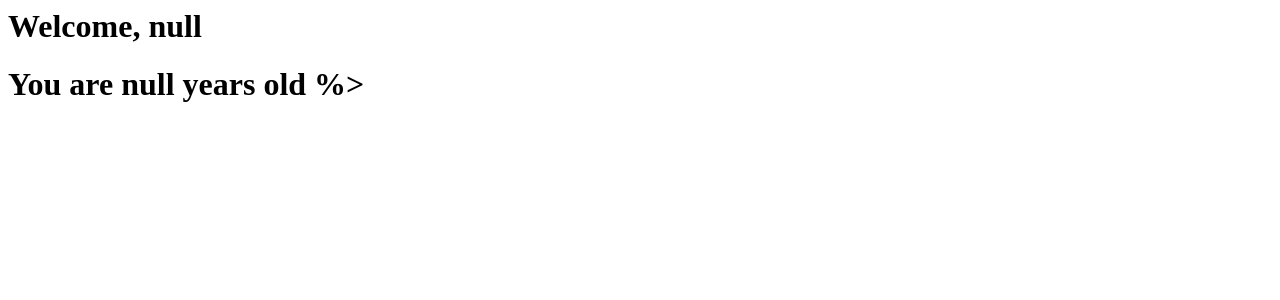
Repository: 1909-blake-william/demos
Page: http://localhost/FrontControllerExample/home.jsp
An editor plug-in stored every save of this project. The page is shown before and after the next save, followed by the edit.
The browser window is 1280 px wide. The pictures show the whole page.
The page is served by Tomcat 9.

Above is the page before, as saved 2019-11-12 20:30:03.

After the next save:
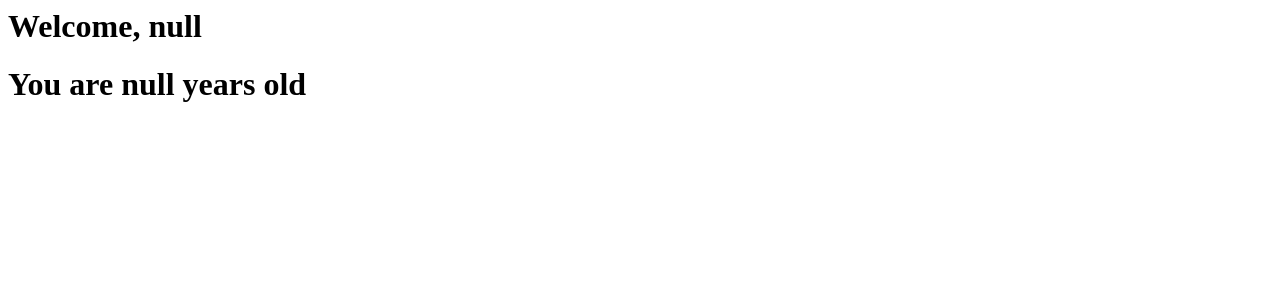
Saved 11 s later.
--- a/FrontControllerExample/src/main/webapp/home.jsp
+++ b/FrontControllerExample/src/main/webapp/home.jsp
@@ -4,7 +4,7 @@
 </head>
 <body>
 	<h1>Welcome, <%= session.getAttribute("currentUser") %></h1>
-	<h1>You are <%= session.getAttribute("age") %> years old %></h1>
+	<h1>You are <%= session.getAttribute("age") %> years old</h1>
 
 </body>
 
